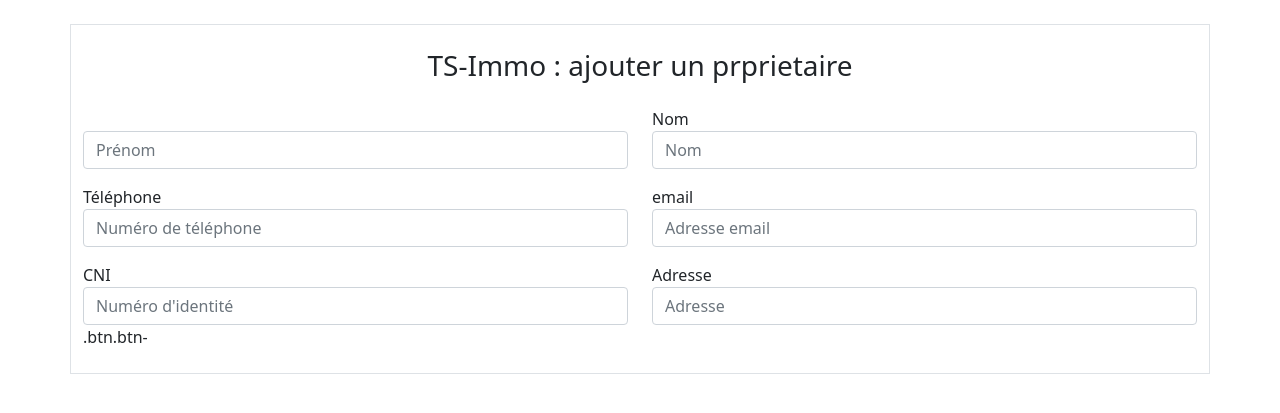
Repository: saliou-t/TS-IMMO
Page: http://localhost/src/views/proprietaire/new.html.php
The author's editor kept a copy of each file at every save. The page is drawn from the files as they stood at one save, then again after the next save.
The browser window is 1280 px wide. The pictures show the whole page.
The page is run by PHP 8.4 with error messages shown; the project is at /var/www/html/.

Above is the page before, as saved 2022-04-03 14:38:36.

After the next save:
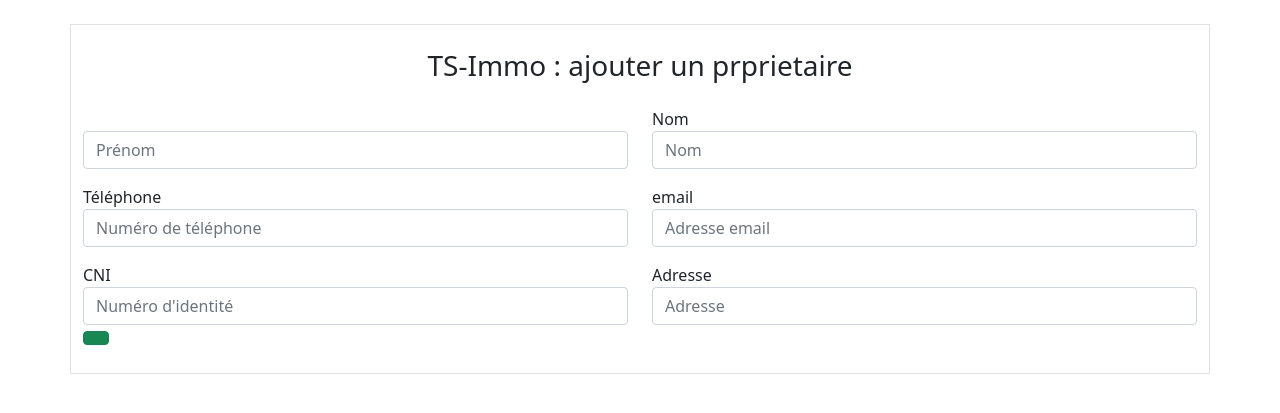
Saved 4 s later.
--- a/src/views/proprietaire/new.html.php
+++ b/src/views/proprietaire/new.html.php
@@ -46,7 +46,7 @@
             </div>
             <div class="row">
                 <div class="col">
-                    .btn.btn-
+                    <div class="btn btn-success"></div>
                 </div>
             </div>
         </form>
